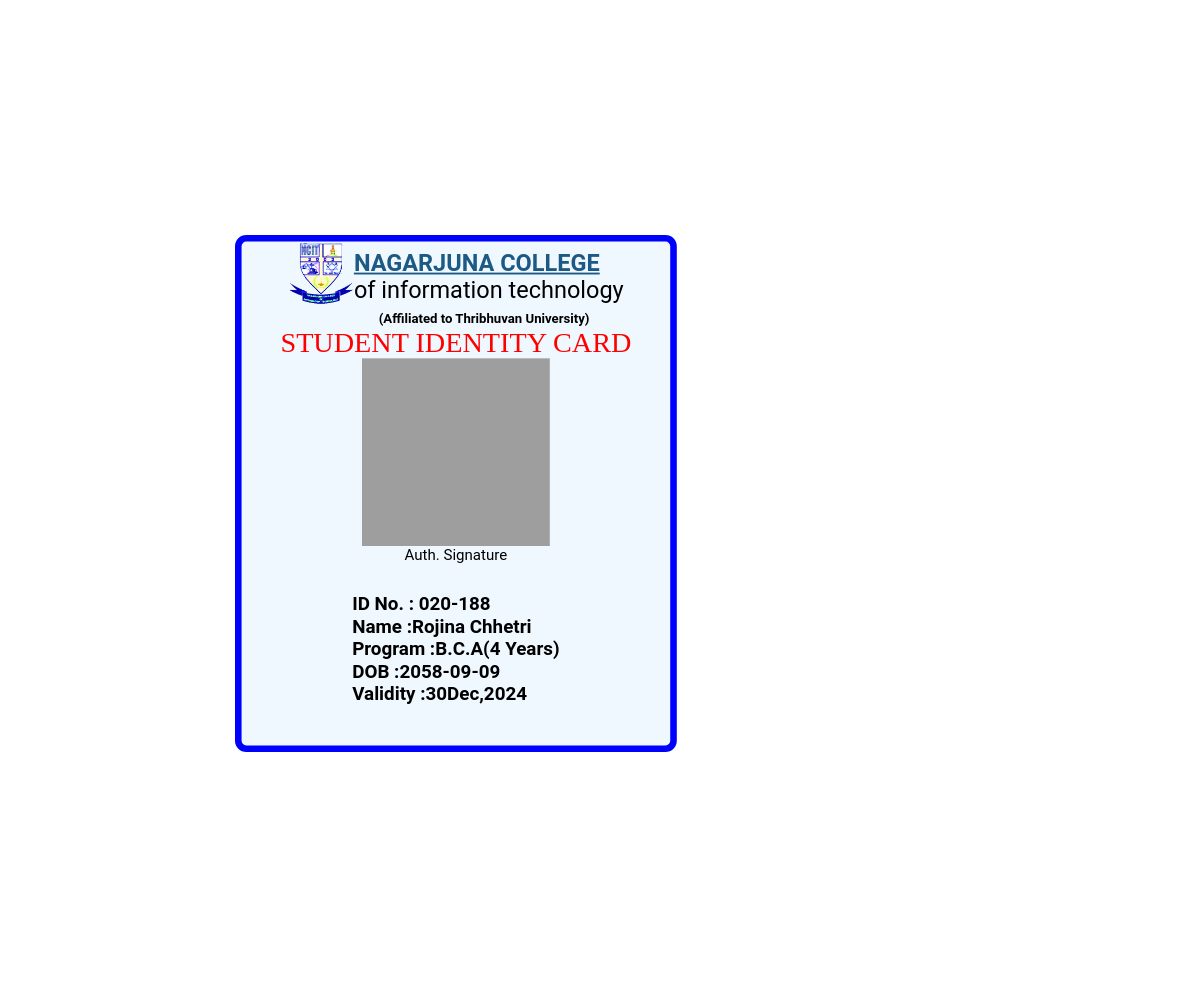
Repository: Rojinachhetri/roji
Page: rojina.html
An editor plug-in stored every save of this project. The page is shown before and after the next save, followed by the edit.
The browser window is 1280 px wide. The pictures show the whole page, at 94% of full size.
Pictures or frames that could not be fetched are drawn as grey boxes.

Above is the page before, as saved 2023-04-24 22:45:10.

After the next save:
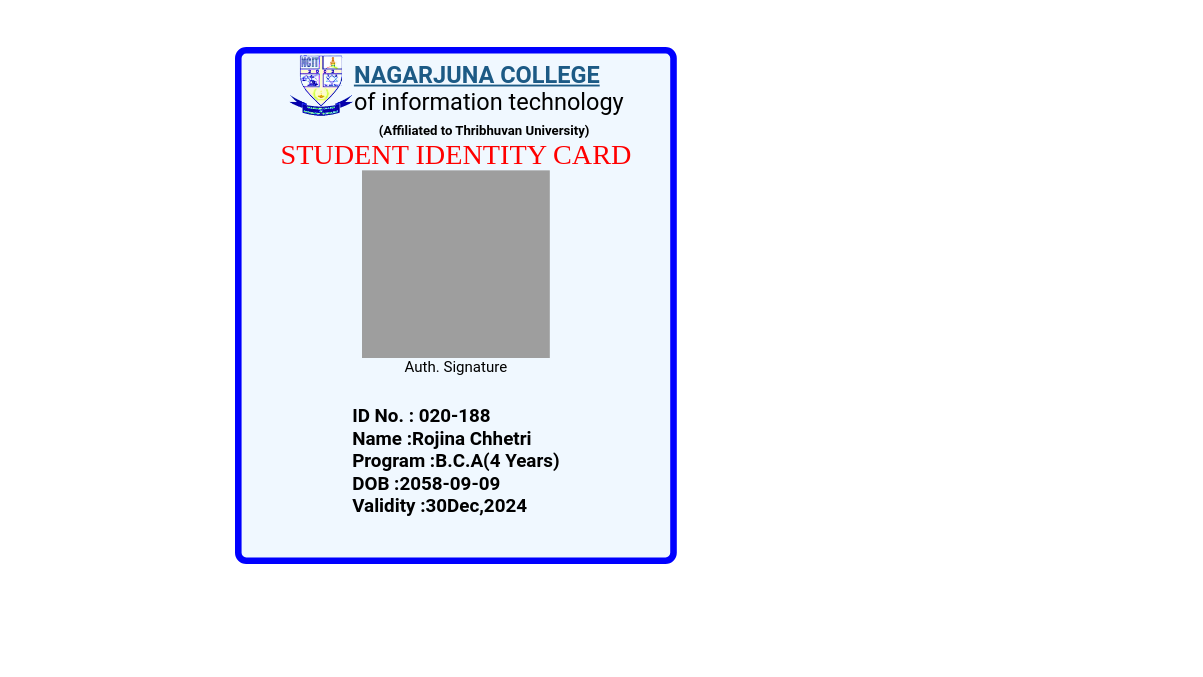
Saved 25 s later.
--- a/rojina.css
+++ b/rojina.css
@@ -13,7 +13,7 @@
         display: flex;
         flex-direction: column;
         align-items: center;
-        margin: 250px;
+        margin: 50px 250px 50px 250px;
         padding: 0px 10px 10px 10px;
         border-radius: 12px 12px 12px 12px;
     }
